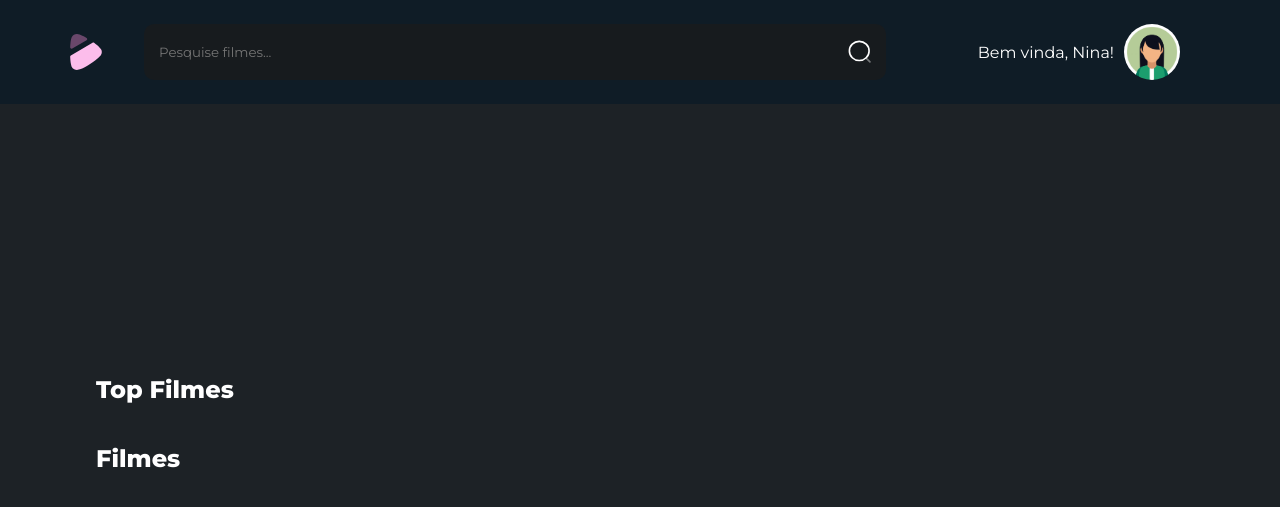
Repository: MilenaMelo/Cubos-Flix
Page: / (app in cubos-flix/)
These files come from the project's save history. The page is drawn as it stood at one moment and after the next save; the edit follows.
The browser window is 1280 px wide. The pictures show the whole page.
The project was rebuilt for these pictures with package versions that can differ from the ones it lists, and the page was loaded fresh each time.

Above is the page before, as saved 2021-06-19 14:51:58.

After the next save:
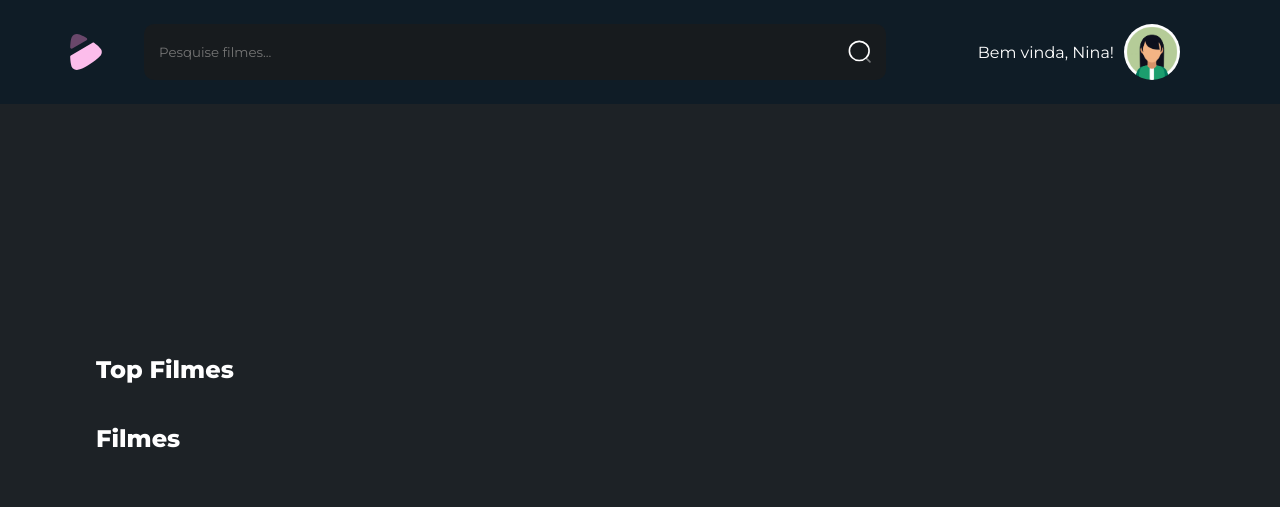
Saved 29 s later.
--- a/cubos-flix/src/App.css
+++ b/cubos-flix/src/App.css
@@ -36,6 +36,6 @@
     padding-left: 96px;
 }
 
-.top-movies {
+.top-movies, .all-movies {
     margin-bottom: 40px;
 }
